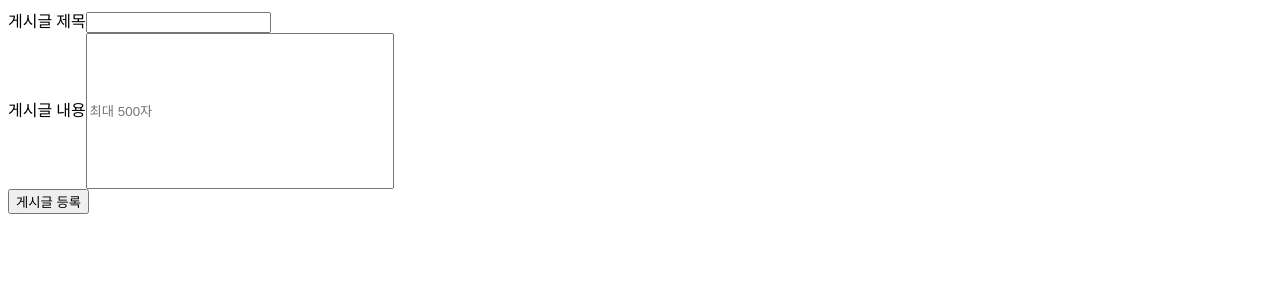
Repository: yesung1215/back_jsp
Page: http://localhost/mvc_task/write.jsp
These files come from the project's save history. The page is drawn as it stood at one moment and after the next save; the edit follows.
The browser window is 1280 px wide. The pictures show the whole page.
The page is served by Tomcat 9. Other server files are loaded and not shown.

Above is the page before, as saved 2025-09-27 13:35:50.

### mvc_task/src/main/webapp/write.jsp
<%@ page language="java" contentType="text/html; charset=UTF-8"
    pageEncoding="UTF-8"%>
<!DOCTYPE html>
<html>
<head>
<meta charset="UTF-8">
<title>게시글 작성</title>
</head>
<body>
	<form action="/mvc_task/write-ok.post" method="get">
		<div>
			<span>게시글 제목</span><input name="postTitle"  />
		</div>
		<div>
			<span></span>
		</div>
		<div>
			<span>게시글 내용</span><input name="postContent" maxlength="500" placeholder="최대 500자" style="width:300px; height:150px;" />
		</div>
		<button>게시글 등록</button>
	</form>
</body>
</html>

After the next save:
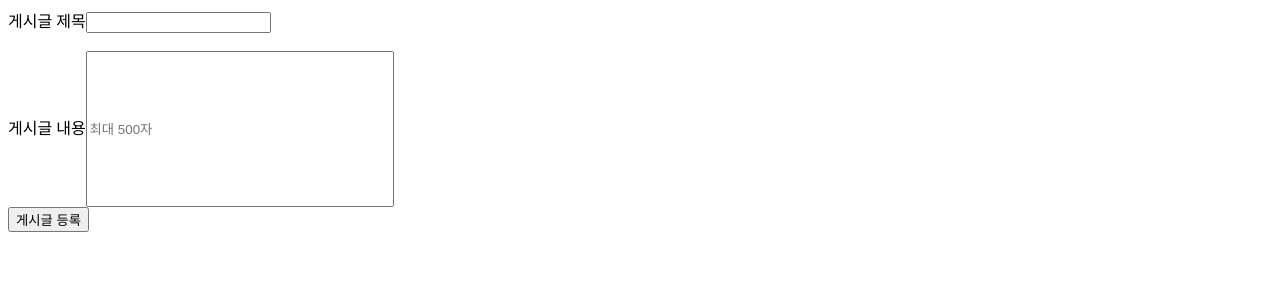
Saved 105 s later.
--- a/mvc_task/src/main/webapp/write.jsp
+++ b/mvc_task/src/main/webapp/write.jsp
@@ -12,7 +12,7 @@
 			<span>게시글 제목</span><input name="postTitle"  />
 		</div>
 		<div>
-			<span></span>
+			<br>
 		</div>
 		<div>
 			<span>게시글 내용</span><input name="postContent" maxlength="500" placeholder="최대 500자" style="width:300px; height:150px;" />
